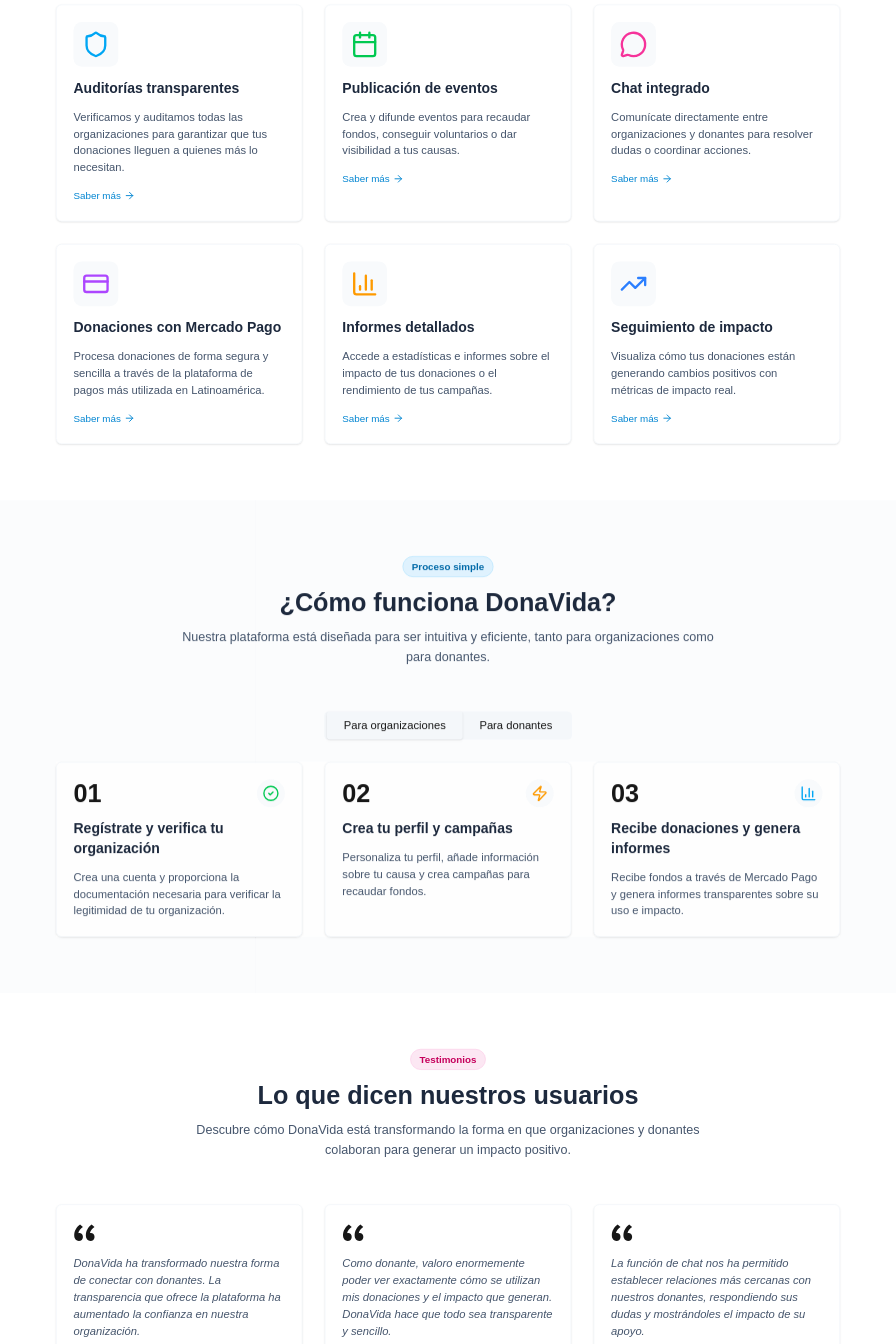
Repository: IIandreeii/newtesisfrond
Page: /
An editor plug-in stored every save of this project. The page is shown before and after the next save, followed by the edit.
The browser window is 1280 px wide. The pictures show the part of the page from y = 1518 to 3438 px (the page is 5480 px tall before and 5400 px after), at 70% of full size.
The project was rebuilt for these pictures with package versions that can differ from the ones it lists, and the page was loaded fresh each time. The framework's server and built-in components were replaced by stand-ins that run in the browser. Also part of the build but not shown: next.config.ts.

Above is the page before, as saved 2025-04-21 01:03:27.

After the next save:
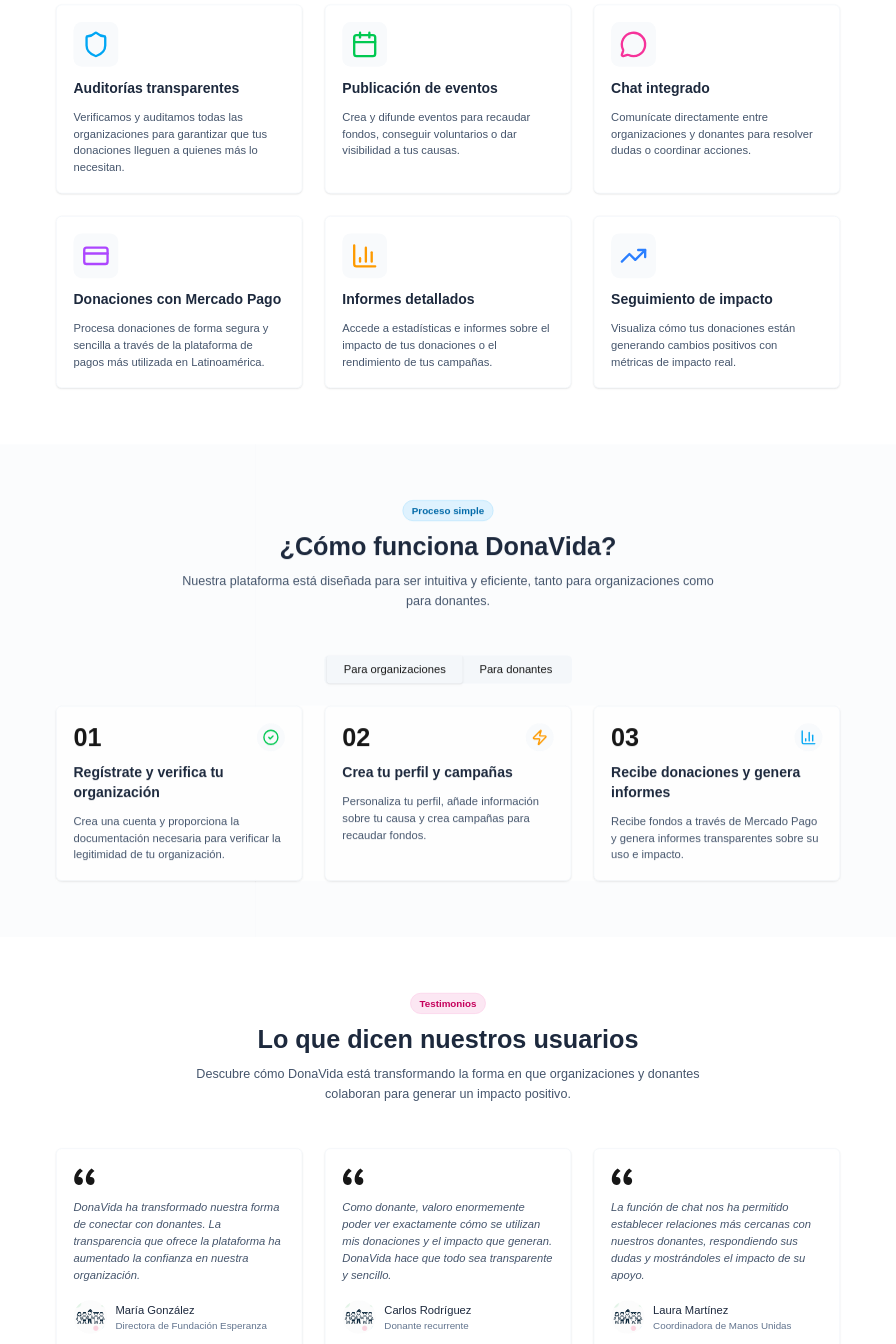
Saved 2 min 50 s later.
--- a/src/components/Landing/landing.tsx
+++ b/src/components/Landing/landing.tsx
@@ -465,9 +465,6 @@ function FeatureCard({
         <div className="bg-slate-50 p-3 rounded-xl w-fit">{icon}</div>
         <h3 className="text-xl font-semibold text-slate-800">{title}</h3>
         <p className="text-slate-600">{description}</p>
-        <Link href="#" className="inline-flex items-center text-sky-600 hover:text-sky-700 font-medium text-sm group">
-          Saber más <ArrowRight className="ml-1 h-4 w-4 transition-transform group-hover:translate-x-1" />
-        </Link>
       </CardContent>
     </Card>
   )
